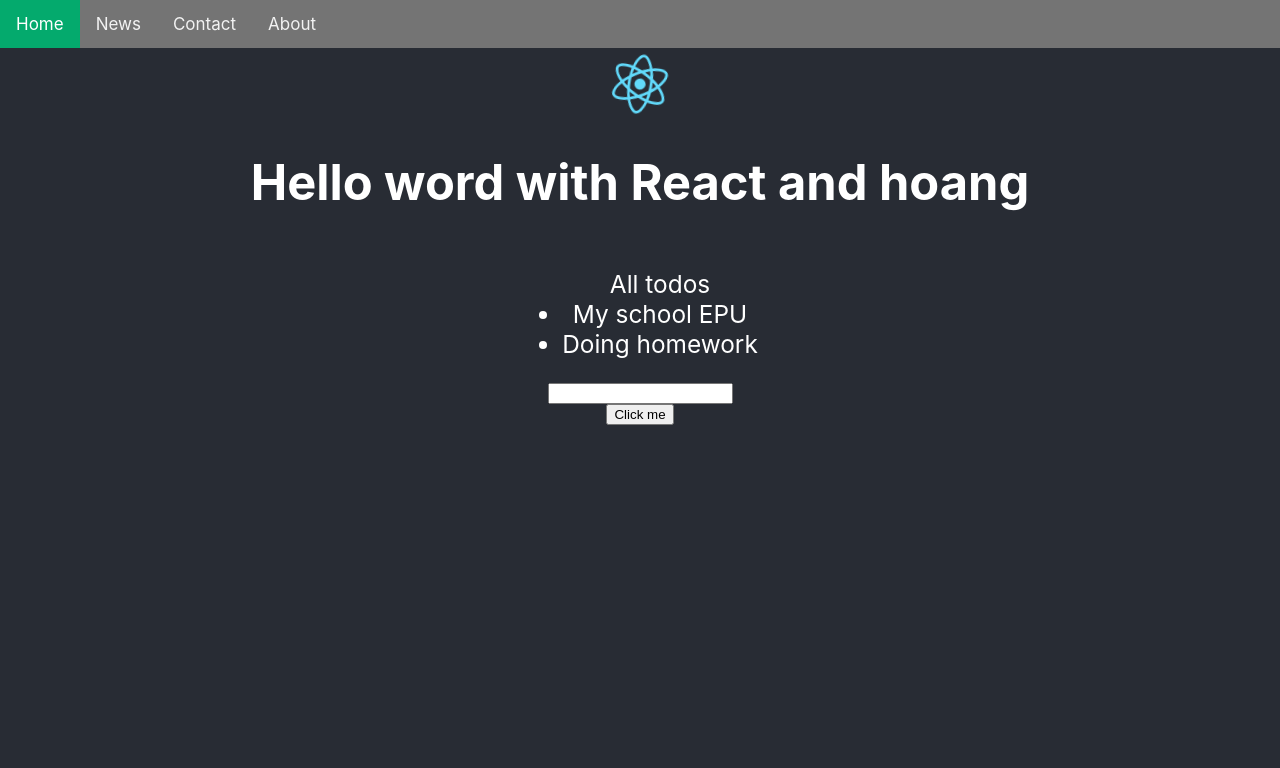
Repository: hoang0508/ReactJsHookBasic
Page: /
These files come from the project's save history. The page is drawn as it stood at one moment and after the next save; the edit follows.
The browser window is 1280 px wide. The pictures show the whole page.
The project was rebuilt for these pictures with package versions that can differ from the ones it lists, and the page was loaded fresh each time.

Above is the page before, as saved 2021-11-10 21:11:31.

### src/App.js
import logo from "./logo.svg";
import "./App.css";
import Nav from "./views/Nav";
import { useState } from "react";
import Todo from "./views/Todo";
// template + logic
// JSX
// babel
function App() {
  // state
  // let name = "Hoang";
  // useState (hook)
  let [name, setName] = useState("hoang");
  const [address, setAddress] = useState("");
  const [todos, setTodos] = useState([
    { id: "todo1", title: "My school EPU", type: "hoang" },
    { id: "todo2", title: "Doing homework", type: "huy" },
  ]);
  const handleEventClick = (event) => {
    // setName(address); // setName re render
    // console.log("click me", name);
    // hook not merge state
    if (!address) {
      alert("empty input");
      return;
    }
    let newTodo = { id: "abc", title: address, type: "hoang" };
    setTodos([...todos, newTodo]); // spread
    setAddress("");
  };
  const handleOnchangeInput = (event) => {
    setAddress(event.target.value);
    // console.log(event.target.value);
  };
  return (
    <div className="App">
      <Nav />
      <header className="App-header">
        <img src={logo} className="App-logo" alt="logo" />
        <h1>Hello word with React and {name}</h1>
        <Todo todos={todos} title={"All todos"} />
        <input
          type="text"
          value={address}
          onChange={(event) => handleOnchangeInput(event)}
        />
        <button type="button" onClick={(event) => handleEventClick(event)}>
          Click me
        </button>
      </header>
    </div>
  );
}

export default App;

### src/App.css
.App {
  text-align: center;
}

.App-logo {
  height: 10vmin;
  pointer-events: none;
}

@media (prefers-reduced-motion: no-preference) {
  .App-logo {
    animation: App-logo-spin infinite 20s linear;
  }
}

.App-header {
  background-color: #282c34;
  min-height: 100vh;
  display: flex;
  flex-direction: column;
  align-items: center;
  /* justify-content: center; */
  font-size: calc(10px + 2vmin);
  color: white;
}

.App-link {
  color: #61dafb;
}

@keyframes App-logo-spin {
  from {
    transform: rotate(0deg);
  }
  to {
    transform: rotate(360deg);
  }
}

### src/views/Nav.js
import "./Nav.scss";
const Nav = () => {
  return (
    <div className="topnav">
      <a className="active" href="#home">
        Home
      </a>
      <a href="#news">News</a>
      <a href="#contact">Contact</a>
      <a href="#about">About</a>
    </div>
  );
};

export default Nav;

### src/views/Todo.js
const Todo = (props) => {
  // properties
  // parent => child , top => bottom
  const todos = props.todos; // prop từ cha xuống con
  return (
    <ul className="todo-container">
      <div className="title">{props.title}</div>
      {todos.map((todo) => {
        return (
          <li className="todo-child" key={todo.id}>
            {todo.title}
          </li>
        );
      })}
    </ul>
  );
};

export default Todo;

### src/views/Nav.scss
.topnav {
  overflow: hidden;
  background-color: #747474;
  a {
    float: left;
    color: #f2f2f2;
    text-align: center;
    padding: 14px 16px;
    text-decoration: none;
    font-size: 17px;
  }
  a:hover {
    background-color: #ddd;
    color: black;
  }
  a.active {
    background-color: #04aa6d;
    color: white;
  }
}

Loaded but not shown: public/index.html (common file); src/index.js (common file); src/index.css (common file); src/reportWebVitals.js (common file)

After the next save:
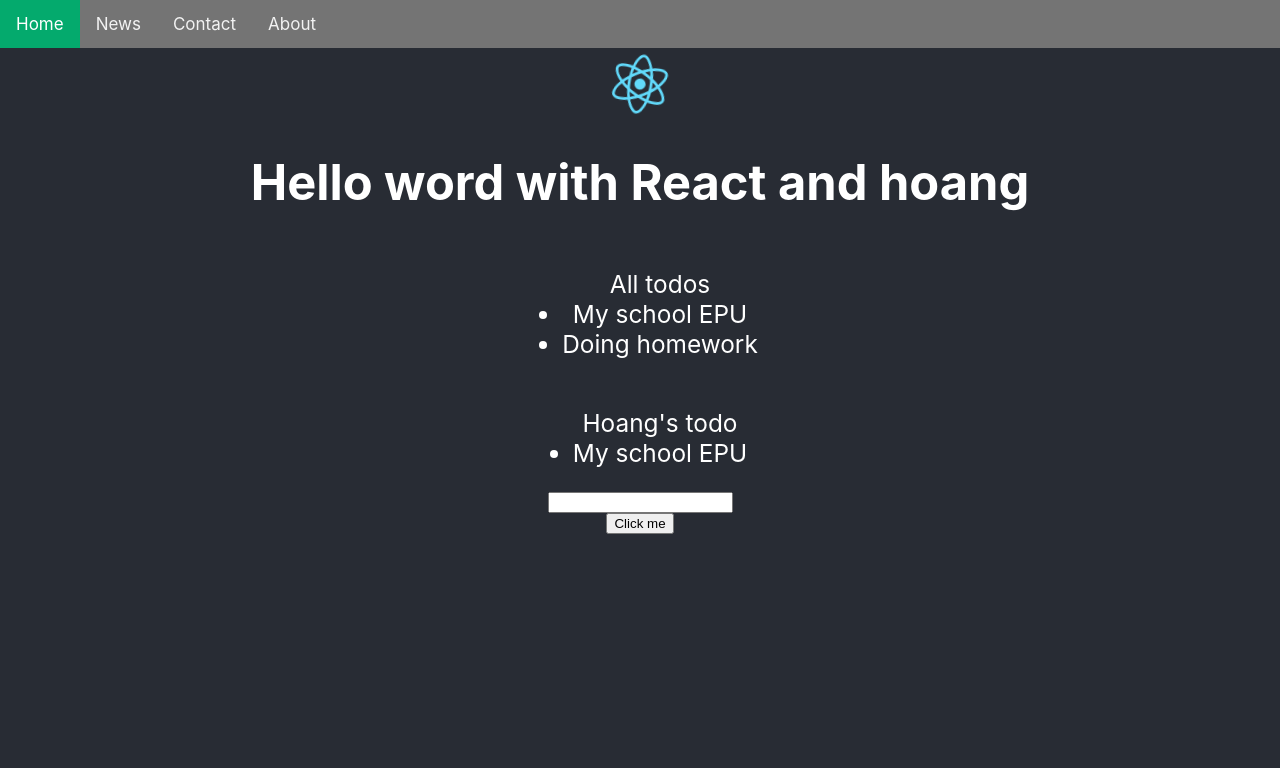
Saved 3 min 10 s later.
--- a/src/App.js
+++ b/src/App.js
@@ -39,6 +39,10 @@
         <img src={logo} className="App-logo" alt="logo" />
         <h1>Hello word with React and {name}</h1>
         <Todo todos={todos} title={"All todos"} />
+        <Todo
+          todos={todos.filter((item) => item.type === "hoang")}
+          title={"Hoang's todo"}
+        />
         <input
           type="text"
           value={address}
